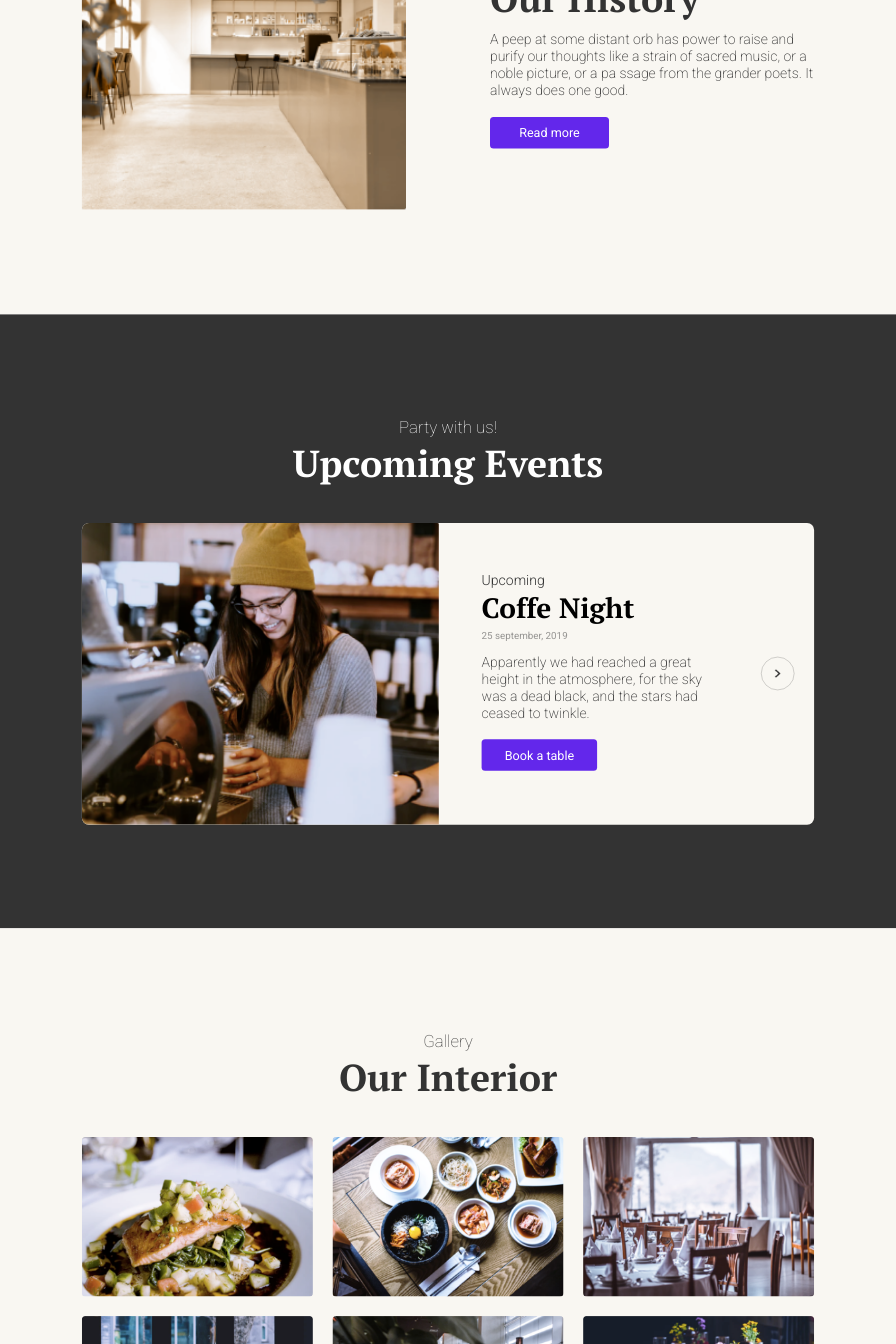
Repository: murilopellis-12/Tailwind-Prova
Page: index.html
The author's editor kept a copy of each file at every save. The page is drawn from the files as they stood at one save, then again after a run of saves.
The browser window is 1280 px wide. The pictures show the part of the page from y = 1043 to 2963 px (the page is 5662 px tall), at 70% of full size.
Empty fields were first filled with sample values (such as "Sample", 5 or name@example.com).
After loading, the first visible `#seta-proxima-pagina` was clicked once.

Above is the page before, as saved 2026-10-29 15:07:43.

After the next 2 saves:
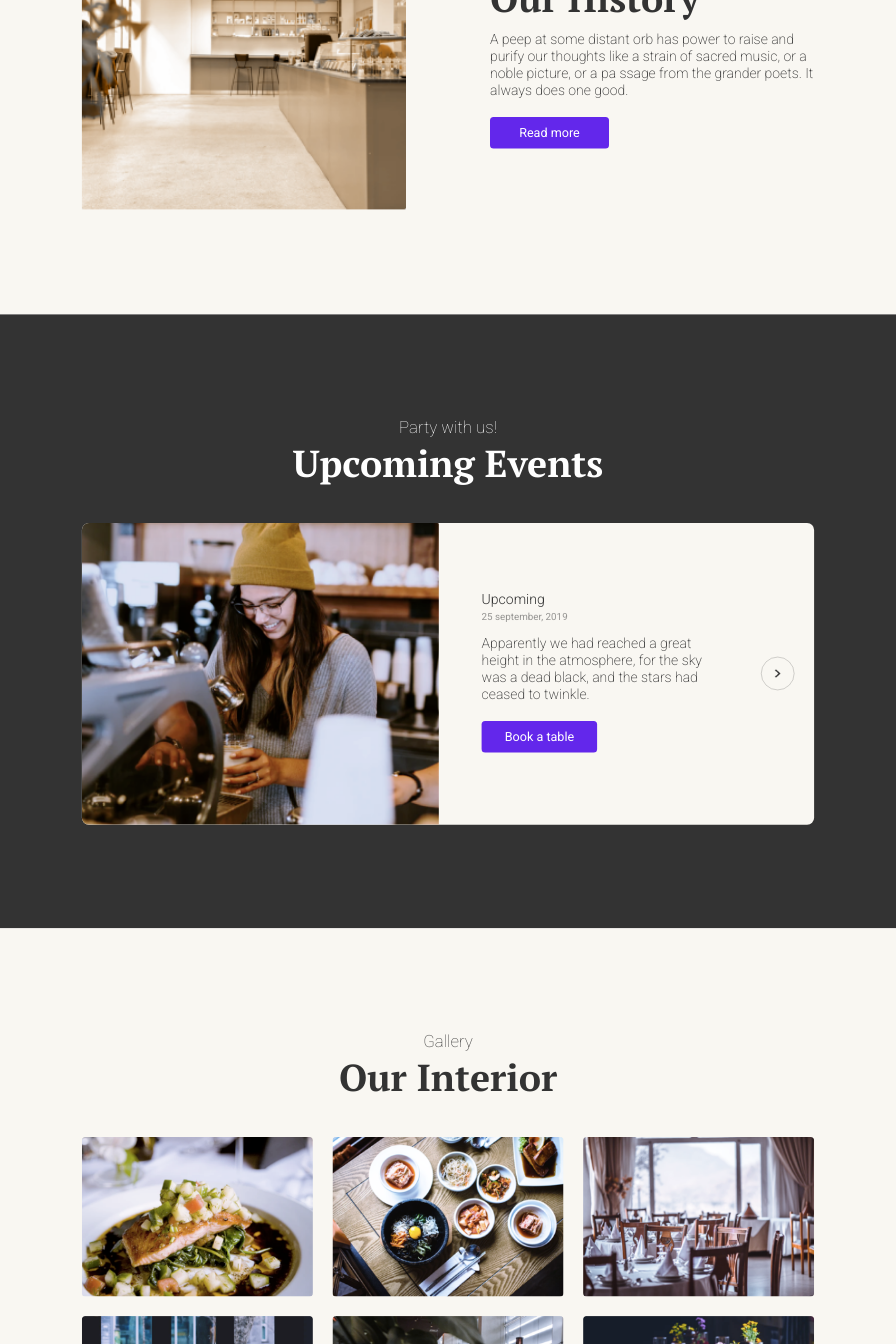
The 2 saves are shown as one change because they came seconds apart.
The last was saved 53 s later.
--- a/app.js
+++ b/app.js
@@ -19,5 +19,5 @@ button.addEventListener("click", () => {
         },
     ]
 
-
+    h3.textContent = ""
 })
